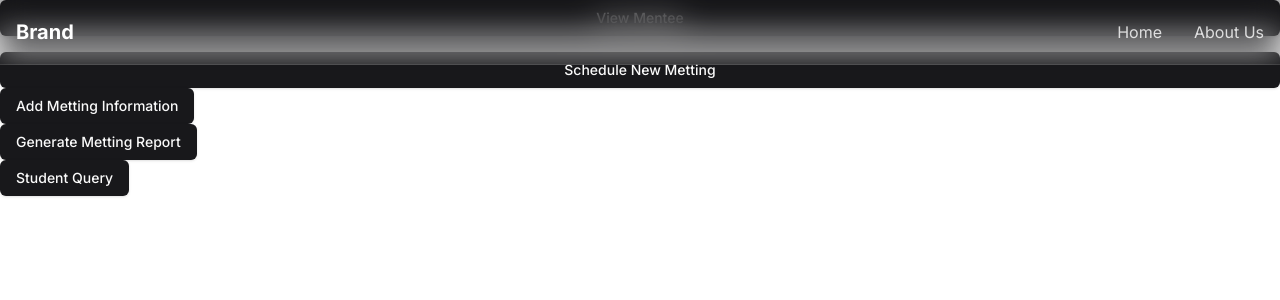
Repository: gauravbhindwar/mentorlink
Page: /pages/mentor/mentordashboard
An editor plug-in stored every save of this project. The page is shown before and after the next save, followed by the edit.
The browser window is 1280 px wide. The pictures show the whole page.
The project was rebuilt for these pictures with package versions that can differ from the ones it lists, and the page was loaded fresh each time. The framework's server and built-in components were replaced by stand-ins that run in the browser. Also part of the build but not shown: next.config.js, next.config.ts.

Above is the page before, as saved 2024-11-07 01:26:15.

After the next save:
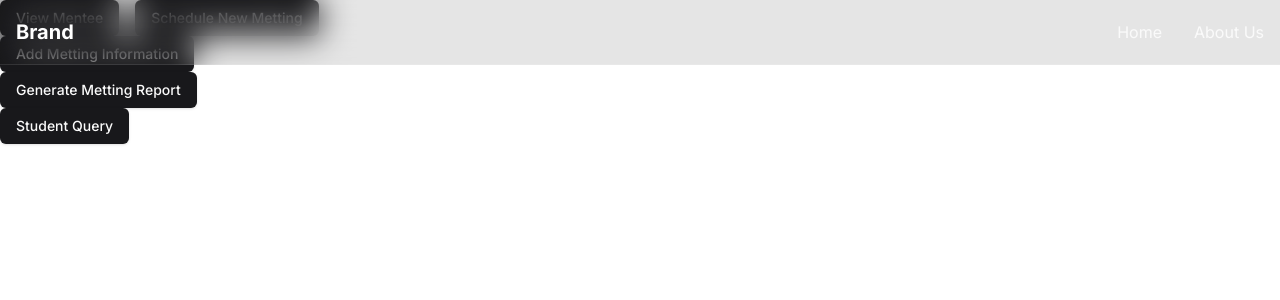
Saved 12 s later.
--- a/src/components/mentor/MentorDashBoard.jsx
+++ b/src/components/mentor/MentorDashBoard.jsx
@@ -4,7 +4,7 @@ import { Button } from '../ui/button'
 const MentorDashBoard = () => {
     return (
         <div >
-            <div className='flex flex-col gap-4 w-full'>
+            <div className='flex gap-4 w-full'>
                 <Button>
                     View Mentee
                 </Button>
